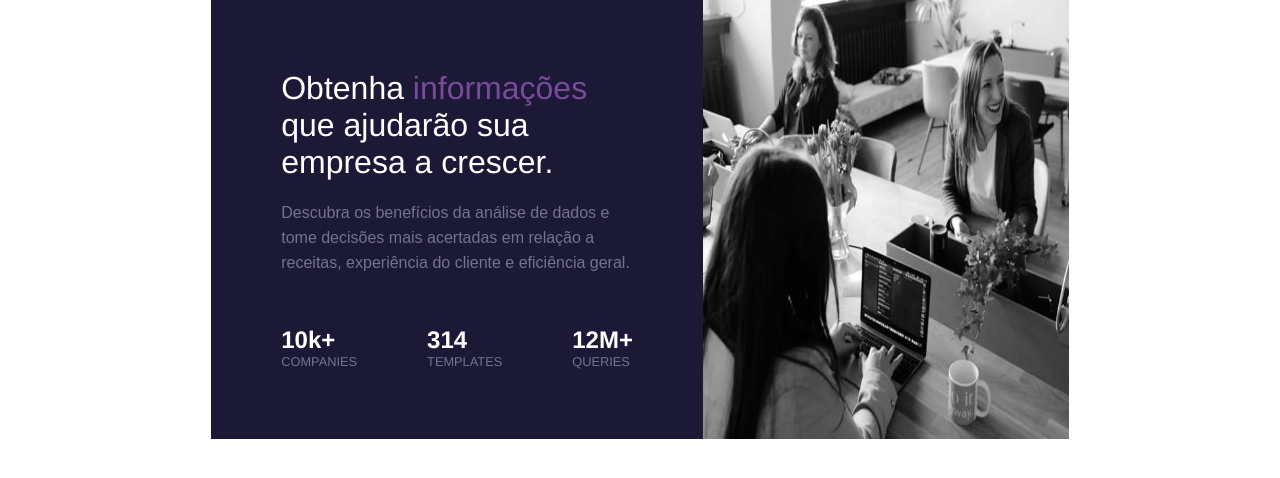
Repository: caique2512/componentes-de-estatisticas
Page: index.html
The author's editor kept a copy of each file at every save. The page is drawn from the files as they stood at one save, then again after a run of saves.
The browser window is 1280 px wide. The pictures show the whole page.

Above is the page before, as saved 2026-03-03 17:46:47.

After the next 2 saves:
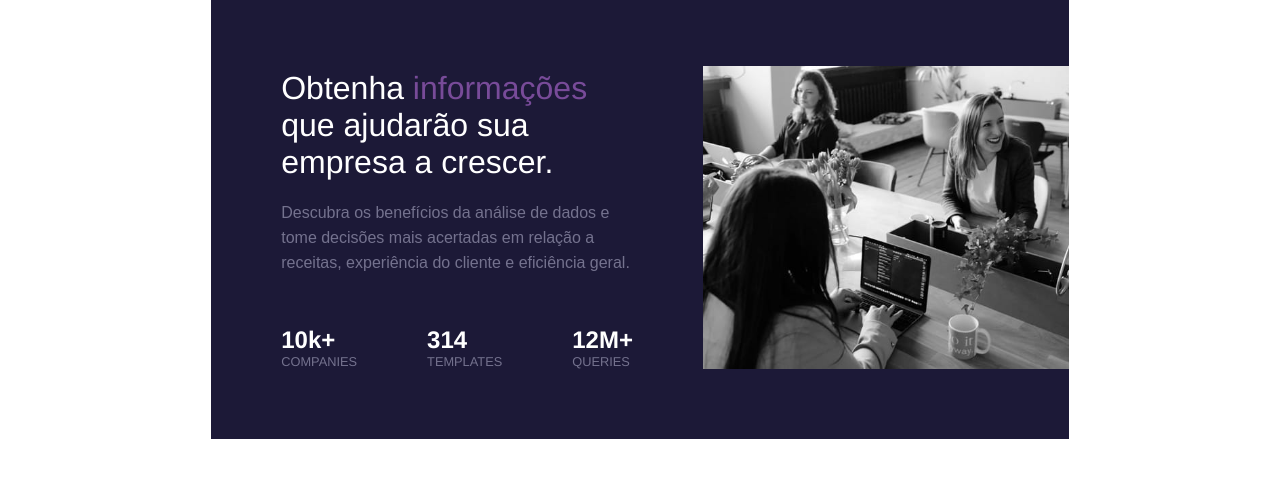
The 2 saves are shown as one change because they came seconds apart.
The last was saved 5 s later.
--- a/src/estilos.css
+++ b/src/estilos.css
@@ -3,7 +3,7 @@
     display: flex;
     max-width: calc(100% - 33%);
     margin: 0 auto;
-    align
+    align-items: center;
 }
 
 .conteudo-principal {

After the 3 saves that followed:
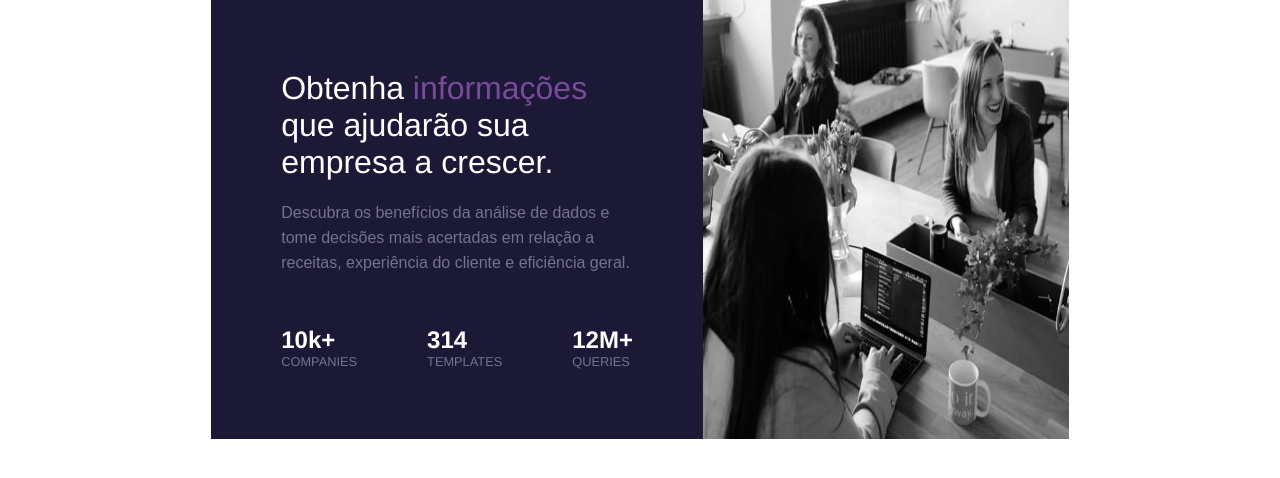
The 3 saves are shown as one change because they came seconds apart.
The last was saved 8 s later.
--- a/src/estilos.css
+++ b/src/estilos.css
@@ -3,7 +3,7 @@
     display: flex;
     max-width: calc(100% - 33%);
     margin: 0 auto;
-    align-items: center;
+    height: ;
 }
 
 .conteudo-principal {
